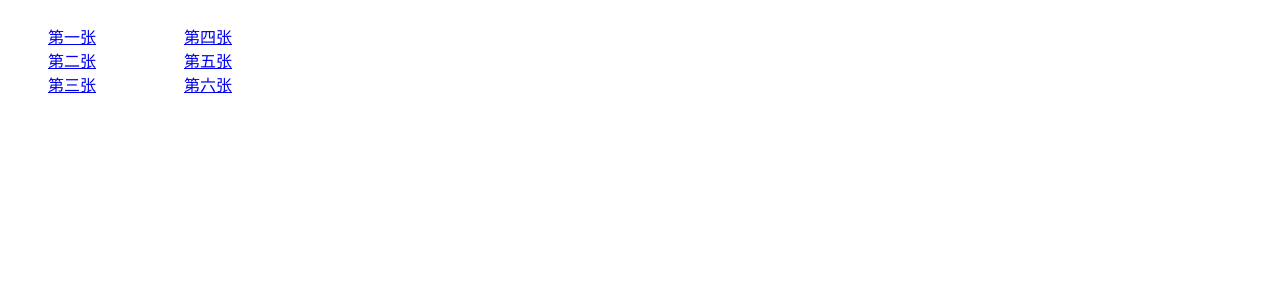
Repository: ldqml/project
Page: jQ/taobao.html
The author's editor kept a copy of each file at every save. The page is drawn from the files as they stood at one save, then again after the next save.
The browser window is 1280 px wide. The pictures show the whole page.

Above is the page before, as saved 2022-07-09 16:23:35.

After the next save:
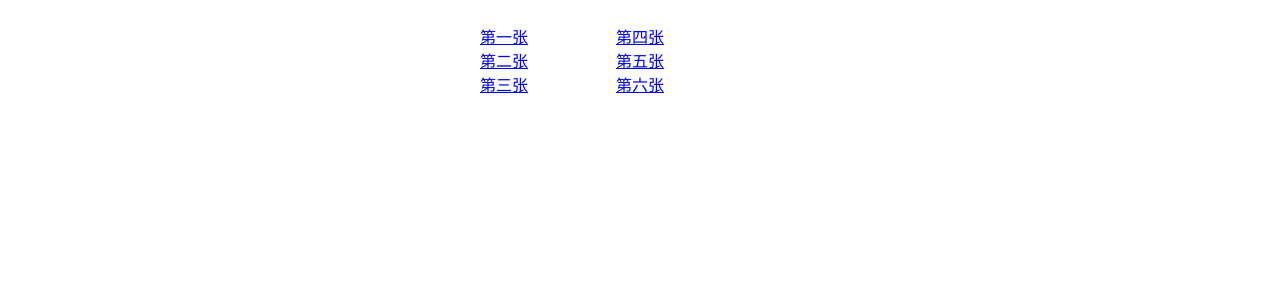
Saved 35 s later.
--- a/jQ/taobao.html
+++ b/jQ/taobao.html
@@ -7,6 +7,8 @@
     <title>Document</title>
     <style type="text/css">
         .da{
+            width: 400px;
+            height: 300px;
             margin: 0 auto;
 
         }
